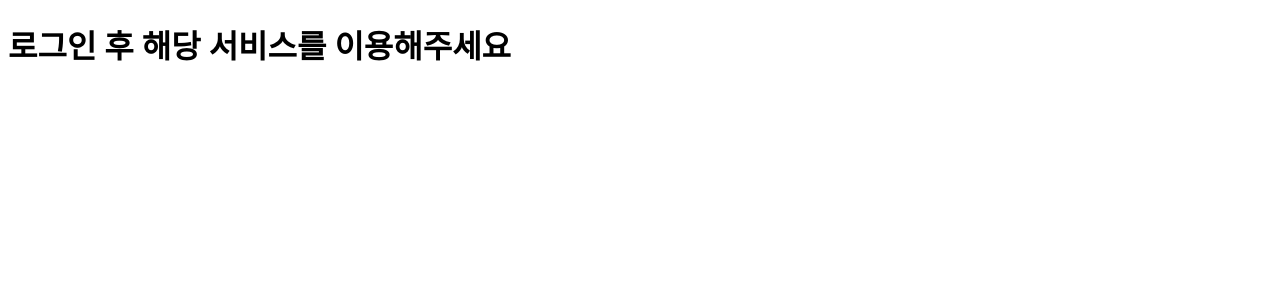
Repository: minimelody/servlet
Page: http://localhost/web2/views/member/logoutError.jsp
These files come from the project's save history. The page is drawn as it stood at one moment and after the next save; the edit follows.
The browser window is 1280 px wide. The pictures show the whole page.
The page is served by Tomcat 9. Other server files are loaded and not shown.

Above is the page before, as saved 2018-05-24 05:38:52.

### webworkspace2/web2/WebContent/views/member/logoutError.jsp
<%@ page language="java" contentType="text/html; charset=UTF-8"
    pageEncoding="UTF-8"%>
<!DOCTYPE html PUBLIC "-//W3C//DTD HTML 4.01 Transitional//EN" "http://www.w3.org/TR/html4/loose.dtd">
<html>
<head>
<meta http-equiv="Content-Type" content="text/html; charset=UTF-8">
<title>로그아웃 실패</title>
</head>
<body>
	<h1>로그인 후 해당 서비스를 이용해주세요</h1>
</body>
</html>

After the next save:
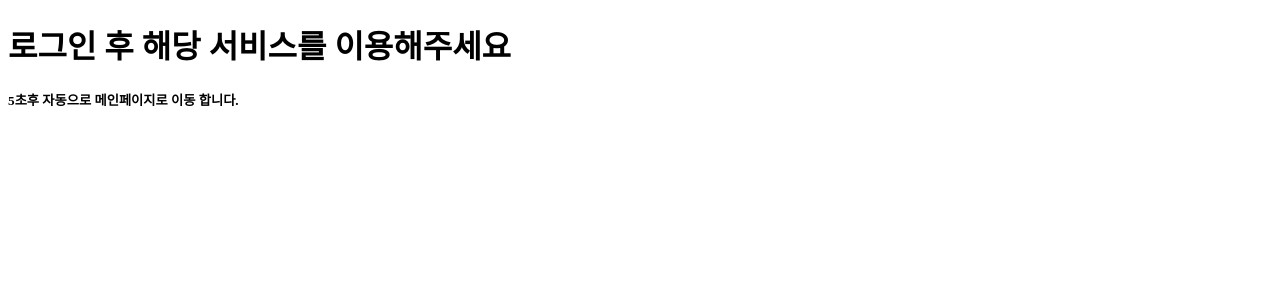
Saved 47 s later.
--- a/webworkspace2/web2/WebContent/views/member/logoutError.jsp
+++ b/webworkspace2/web2/WebContent/views/member/logoutError.jsp
@@ -8,5 +8,6 @@
 </head>
 <body>
 	<h1>로그인 후 해당 서비스를 이용해주세요</h1>
+	<h5>5초후 자동으로 메인페이지로 이동 합니다.</h5>
 </body>
 </html>
